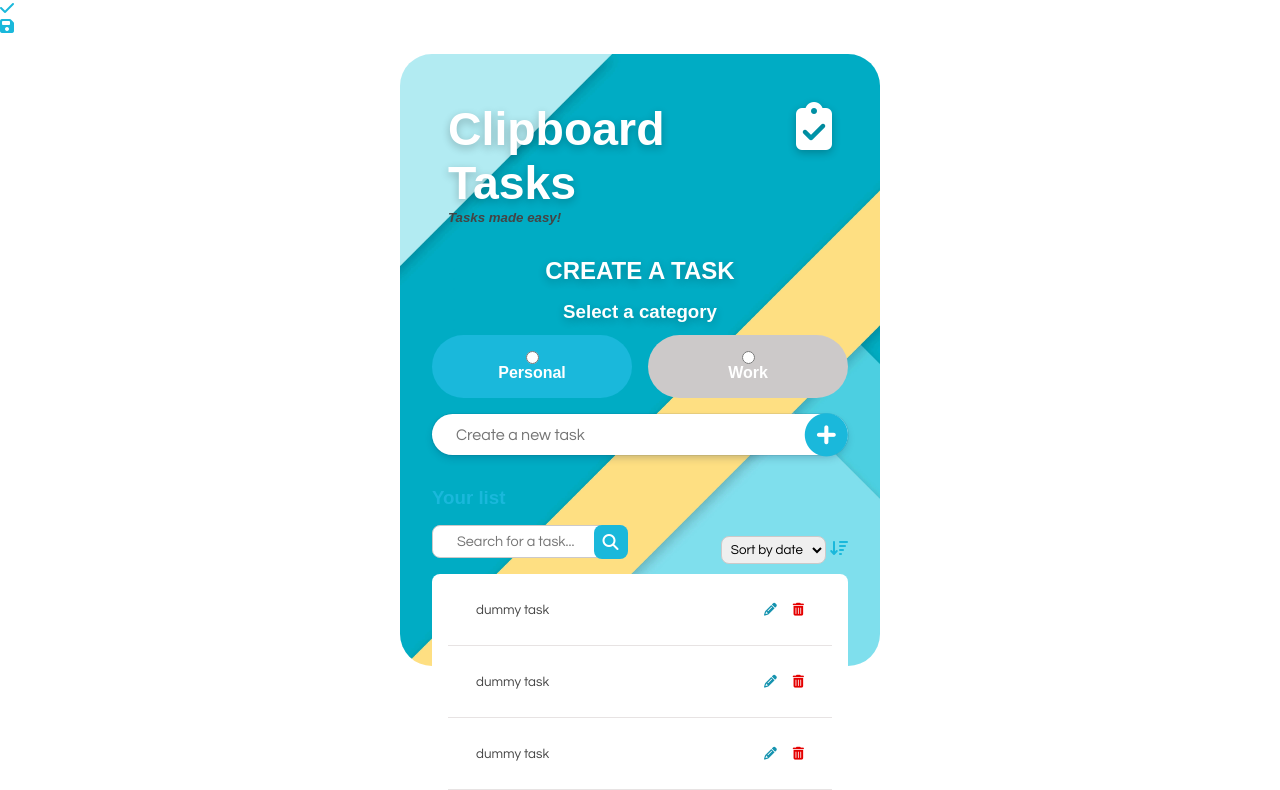
Repository: WesleyErasmus/Todo-App
Page: todoApp.html
An editor plug-in stored every save of this project. The page is shown before and after the next save, followed by the edit.
The browser window is 1280 px wide. The pictures show the whole page.
Some web fonts or font styles are not loaded; a fallback is used. Some web libraries are served in a nearby version.

Above is the page before, as saved 2022-06-12 16:10:25.

### todoApp.html
<!DOCTYPE html>
<html lang="en">
<head>
    <meta charset="UTF-8">
    <meta http-equiv="X-UA-Compatible" content="IE=edge">
    <meta name="viewport" content="width=device-width, initial-scale=1.0">
    <title>Todo App</title>
    <script src="https://kit.fontawesome.com/81ea498f91.js" crossorigin="anonymous"></script>
    <link rel="stylesheet" href="/source/css/todoApp.css">
    <script src="/source/script/todoApp.js" defer></script>
</head>
<body>
    <!-- App wrapper -->
    <main class="app-wrapper">
        <!-- App header -->
        <header>
            <div>
            <h1 class="slogan">Clipboard Tasks</h1>
            <h5 class="slogan-2"><em>Tasks made easy!</em></h5>
            </div>
            <div id="jumbotron-logo"><i class="fa-solid fa-clipboard-check fa-3x"></i></div>
        </header>

        <h2 id="create-task-heading">CREATE A TASK</h2>

        <!-- Categories section -->
        <section>
        <form id="todo-list-form">
            <h3 class="category-heading">Select a category</h3>
            <div class="category-selectors">
                <!-- Personal category (make to assign as default, unless user selects work category) -->
                <label id="personal-label-btn">
                    <input type="radio" name="category" value="Personal" id="personal-category" />
                    <div>Personal</div>
                </label>
                <!-- Work category -->
                <label id="work-label-btn">
                    <input type="radio" name="category" value="Work" id="work-category" />
                    <div>Work</div>
                </label>
            </div> <!-- End of radio categories div -->
            <div class="create-submit">
            <input type="text" name="create-task" id="create-task" placeholder="Create a new task" />
            <button id="task-submit-btn" type="submit" value="create-new-task">
                <i class="fa-solid fa-circle-plus"></i>
            </button>
        </div>
        </form>
        </section>

        <!-- Task list is created here, new tasks are outputted below -->
        <section class="todo-list-output">
            <div id="list-header">
            <h3>Your list</h3>
            </div>
            <!-- SEARCH BAR -->
            <div id="search-filter-section">
                <form id="search-bar">
                <input type="text"
                id="search-bar"
                placeholder="Search for a task...">
                <button type="submit"><i class="fa fa-search"
                id="search-submit-btn"></i></button>
                </form>
                <!-- Classic filter dropdown -->
                <div>
                    <select name="filter" id="filter">
                    <option value="Date">Sort by date</option>
                    <option value="Name">Sort by title</option>
                    </select>
                    <i class="fa-solid fa-arrow-down-wide-short"></i>
                </div>

                </div>
            <!-- Actual task list output -->
            <div class="tasks" id="tasks">

                <div class="dummy-task">

                    <div class="task-name">
                        <input type="text"
                        class="text"
                        value="dummy task"
                        readonly>
                        <div class="edit-delete">
                            <button class="edit"><i class="fa-solid fa-pencil"></i></button>
                            <button class="delete"><i class="fa fa-trash" aria-hidden="true"></i></button>
                        </div>
                    </div>
                </div>

                <div class="dummy-task">

                    <div class="task-name">
                        <input type="text"
                        class="text"
                        value="dummy task"
                        readonly>
                        <div class="edit-delete">
                            <button class="edit"><i class="fa-solid fa-pencil"></i></button>
                            <button class="delete"><i class="fa fa-trash" aria-hidden="true"></i></button>
                        </div>
                    </div>
                </div>

                <div class="dummy-task">

                    <div class="task-name">
                        <input type="text"
                        class="text"
                        value="dummy task"
                        readonly>
                        <div class="edit-delete">
                            <button class="edit"><i class="fa-solid fa-pencil"></i></button>
                            <button class="delete"><i class="fa fa-trash" aria-hidden="true"></i></button>
                        </div>
                    </div>
                </div>

            </div>

        </section>

    </main> <!-- End of App wrapper -->
        <!-- Save icon and task complete icon -->
                <li><i class="fa-solid fa-check"></i></li>
                <li><i class="fa-solid fa-floppy-disk"></i></li>

</body>
</html>

### source/css/todoApp.css
@import url('https://fonts.googleapis.com/css2?family=Lexend+Tera:wght@100&family=Questrial&display=swap');


/* CSS Variables */
:root {
    --background-color: #fff;
    --primary: #1AB8DB;
    --secondary: #1593AF;
    --delete: #E50000;
    --grey: #ccc9c9;
    --dark-grey: #444444;

    --text-shadows: text-shadow: rgba(0, 0, 0, 0.24) 0px 3px 8px;
    --box-shadows: box-shadow: rgba(9, 30, 66, 0.25) 0px 4px 8px -2px, rgba(9, 30, 66, 0.08) 0px 0px 0px 1px;

    /* add linear gradients */
}

/* Universal selector styling */
* {
    box-sizing: border-box;
    margin: 0;
    padding: 0;
    font-family: 'Lexend Tera', sans-serif;
    list-style: none;
}

/* Below will remove input and checkbox default styling */
input:not([type="radio"]):not([type="checkbox"]), button {
	appearance: none;
	border: none;
	outline: none;
	background: none;
	cursor: initial;
}

/* *** UNIVERSAL BUTTON STYLING *** */
button {
	appearance: none;
	border: none;
	outline: none;
	background: none;
	cursor: initial;
    cursor: pointer;
}

body {
    background-color: var(--background-color);
    color: var(--primary);
}

main {
    padding-top: 2rem;
    background-color: var(--secondary);
    background-image: url(/images/bg-1.jpg);
    background-size: cover;
    background-position: center;
    background-repeat: no-repeat;
    border-radius: 2rem;
    padding-left: 2rem;
    padding-right: 2rem;
    flex: 1 1 0%;
    align-items: center;
    justify-content: center;
    max-width: 480px;
    height: 85vh;
    width: 100%;
    position: absolute;
    top: 50%;
    left: 50%;
    margin-right: -50%;
    transform: translate(-50%, -50%)
}

section {
    margin-top: 1rem;
    margin-bottom: 2rem;
}

header {
    display: flex;
    justify-content: space-between;
    padding: 1rem;
    border-radius: 1rem;
    /* add gradient color to font and logo */
}
.slogan {
    color: #fff;
    font-family: 'Lexend Tera', sans-serif;
    font-size: 2.9rem;
    text-shadow: rgba(0, 0, 0, 0.24) 0px 3px 8px;
    /* -webkit-background-clip: text;
    -webkit-text-fill-color: transparent; */
}
.slogan-2 {
    color: #444444;
}

#jumbotron-logo {
    color: #fff;
    text-shadow: rgba(0, 0, 0, 0.24) 0px 3px 8px;
}
/* create task H3 styling*/
#create-task-heading {
    color: var(--background-color);
    margin-top: 1rem;
    text-align: center;
    text-shadow: rgba(0, 0, 0, 0.24) 0px 3px 8px;
}
/* Select category h2 styling */
.category-heading {
    color: var(--background-color);
    text-align: center;
    margin-bottom: 0.75rem;
    text-shadow: rgba(0, 0, 0, 0.24) 0px 3px 8px;
}

/* Work / personal category selector styling */
.category-selectors {
    display: grid;
    grid-template-columns: repeat(2, 1fr);
    grid-gap: 1rem;
    margin-bottom: 1rem;
}

label {
    font-family: 'Karla', sans-serif;
    font-weight: 590;
}

.category-selectors label{
    display: flex;
    flex-direction: column;
    justify-content: center;
    align-items: center;
    background-color: var(--primary);
    padding: 1rem 2rem;
    border-radius: 999999px;
    color: #fff;
    box-shadow: var(--box-shadows);
}

/* change the below id to #work-category-btn */
#work-label-btn {
    font-family: 'Karla', sans-serif;
    background-color: var(--grey);
}

#create-task {
    font-family: 'Questrial', sans-serif;
	display: block;
	width: 100%;
	font-size: 1rem;
	padding: 0.79rem 1.5rem;
    padding-right: 0rem;
	color: var(--dark-grey);
	background-color: var(--background-color);
    box-shadow: rgba(9, 30, 66, 0.25) 0px 4px 8px -2px, rgba(9, 30, 66, 0.08) 0px 0px 0px 1px;
    border-radius: 9999px;

}

/* change to task add btn */
#task-submit-btn{
    position: absolute;
    display: block;
    right: 0rem;
    bottom: -0.5px;
    border: none;
    background-color: transparent;
    color: var(--primary);
}

.fa-circle-plus {
    font-size: 2.7rem;
}

/* add gradient color to fa-logo */

.create-submit {
    position: relative;
    display: flex;
    justify-content: center;
    align-items: center;
    text-align: center;
    margin-top: 0.5rem;
}

.create-task {
    text-align: center;
}

#list-header {
width: 80%;
display: flex;
justify-content: space-between;
margin-bottom: 1rem;
}

#search-filter-section {
    display: flex;
    margin: 0 auto;
    justify-content: space-between;
    margin-top: 1rem;
    text-align: center;
    align-items: center;
}

#search-bar {
    position: relative;
    display: flex;
    justify-content: center;
    align-items: center;
    width: 47%;
}

#search-bar input{
    font-family: 'Questrial', sans-serif;
	display: block;
	width: 100%;
	font-size: 0.9rem;
	padding: 0.50rem 1.5rem;
    padding-right: 0rem;
	color: var(--dark-grey);
	background-color: var(--background-color);
    border: 0.1px solid var(--grey);
    border-radius: 0.5rem;
    margin-bottom: 1rem;
}

#search-submit-btn {
    position: absolute;
    display: block;
    right: 0rem;
    top: 0;
    background-color: var(--primary);
    border-top-left-radius: 0.5rem;
    border-bottom-left-radius: 0.5rem;
    border-top-right-radius: 0.5rem;
    border-bottom-right-radius: 0.5rem;
    padding: 0.56rem;
    color: #fff;
}

/* Font-awesome search icon styling */
.fa-search {
    font-size: 1rem;
    color: var(--primary);
}

/* Filter styling */
.filter {
    font-family: 'Questrial', sans-serif;
    font-size: 1.1rem;
    font-weight: 500;
    color: var(--secondary);
    text-shadow: var(--text-shadows);
}

.fa-arrow-down-wide-short {
    color: var(--primary);
}

select {
    margin-left: 0.3rem;
    padding: 0.3rem;
    border: 1px var(--grey) solid;
    border-radius: 0.5rem;
    font-family: 'Questrial', sans-serif;
}
option {
    font-family: 'Questrial', sans-serif;
}

#tasks {
    border-radius: 0.5rem;
    background-color: #fff;
}

#tasks .task-name {
    display: flex;
    justify-content: space-between;
    background-color: var(--background-color);
    padding: 1.75rem;
    background-color: #fff;
    margin-bottom: 0rem;
    margin: 0 1rem;
    border-bottom: 0.01px solid rgba(229, 225, 225, 0.919);
}

.dummy-task .task-name {
    flex: 1 1 0%;
}

.dummy-task .task-name .text {
    color: var(--dark-grey);
    font-family: 'Questrial', sans-serif;
    width: 100%;
    display: block;
    transition: 0.4s;
}

.dummy-task .edit-delete {
    display: flex;
    margin: 0 -0.5rem;

}

/* Edit button styling */

.fa-pencil {
    color: var(--secondary);
}

.fa-trash {
    color: var(--delete);
}

.dummy-task .edit-delete button {
    cursor: pointer;
    margin: 0 0.5rem;
    font-size: 0.8rem;
    font-weight: 700;
    text-transform: uppercase;
    transition: 0.4s;
}

### source/script/todoApp.js
// *** FILTER BTN SCRIPT ***

/* When the user clicks on the button,
toggle between hiding and showing the dropdown content */
// function myFunction() {
//     document.getElementById("myDropdown").classList.toggle("show");
//   }

//   // Close the dropdown if the user clicks outside of it
//   window.onclick = function(event) {
//     if (!event.target.matches('.dropbtn')) {
//       var dropdowns = document.getElementsByClassName("dropdown-content");
//       var i;
//       for (i = 0; i < dropdowns.length; i++) {
//         var openDropdown = dropdowns[i];
//         if (openDropdown.classList.contains('show')) {
//           openDropdown.classList.remove('show');
//         }
//       }
//     }
//   }
//   *** END OF FILTER BUTTON ***

After the next save:
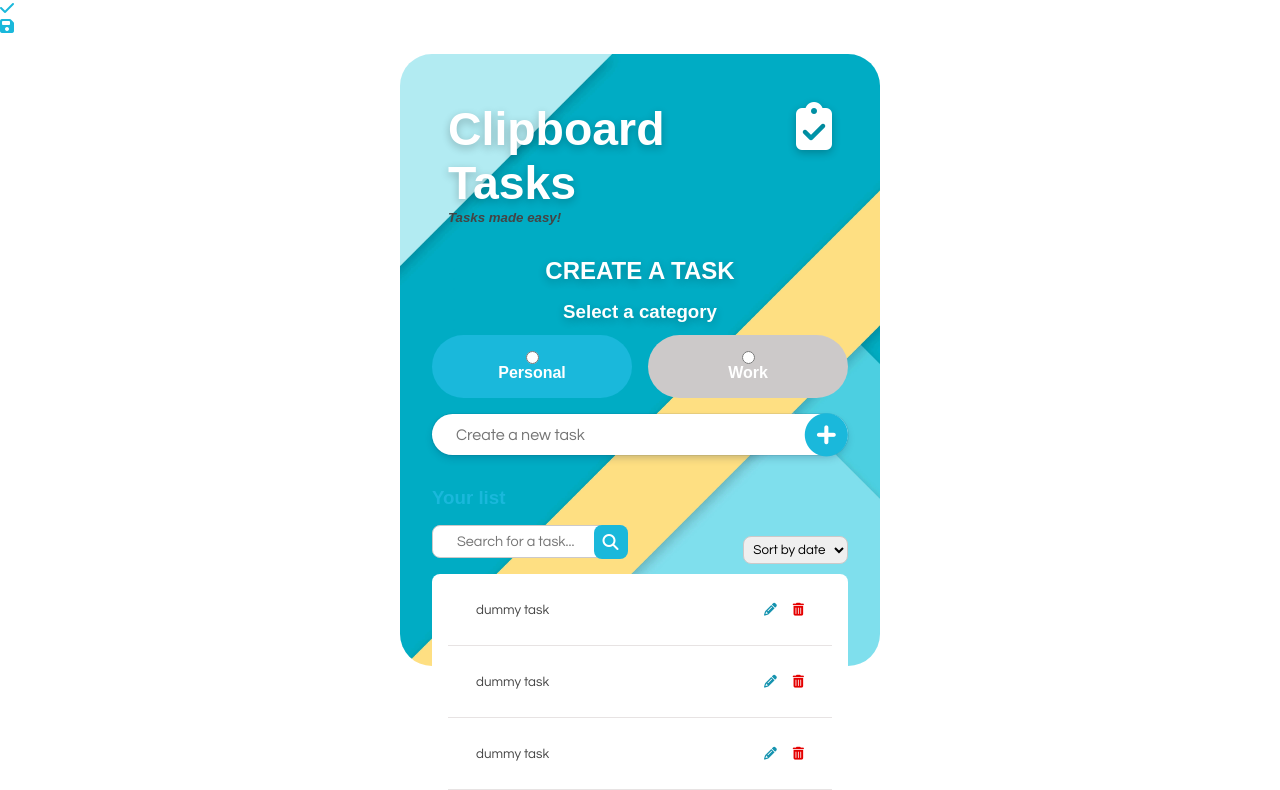
Saved 70 s later.
--- a/todoApp.html
+++ b/todoApp.html
@@ -68,7 +68,7 @@
                     <option value="Date">Sort by date</option>
                     <option value="Name">Sort by title</option>
                     </select>
-                    <i class="fa-solid fa-arrow-down-wide-short"></i>
+                    <!-- <i class="fa-solid fa-arrow-down-wide-short"></i> -->
                 </div>
 
                 </div>
